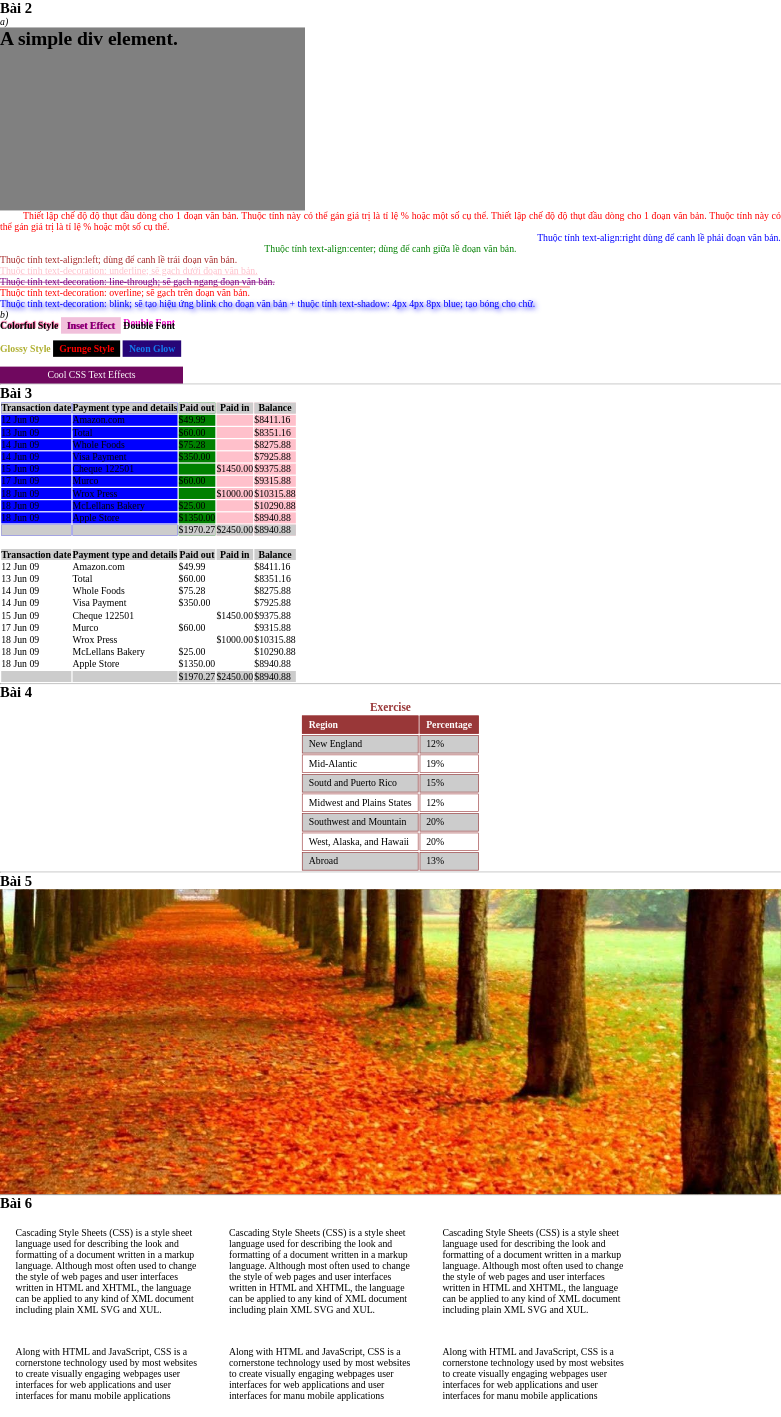
Repository: hoangnguyen1903/STT_21084321_NguyenHuyHoang_DHKHMT17B
Page: html/index.html
An editor plug-in stored every save of this project. The page is shown before and after the next save, followed by the edit.
The browser window is 1280 px wide. The pictures show the whole page, at 61% of full size.

Above is the page before, as saved 2023-03-03 14:16:06.

### html/index.html
<!DOCTYPE html>
<html lang="en">
  <head>
    <meta charset="UTF-8" />
    <meta http-equiv="X-UA-Compatible" content="IE=edge" />
    <meta name="viewport" content="width=device-width, initial-scale=1.0" />
    <title>CSS</title>

    <style>
      * {
        box-sizing: border-box;
        padding: 0;
        margin: 0;
      }
      #bai4 > table {
        font-family: "Trebuchet MS, Arial, Helvetica, sans-serif";
        margin: 0 auto;
      }

      #bai4 > h3 {
        color: #993738;
        text-align: center;
      }

      #bai4 > table > thead {
        color: #fff;
        background-color: #993738;
        text-align: left;
      }

      #bai4 > table > tbody > tr:nth-child(odd) {
        color: black;
        background-color: #ccc;
        text-align: left;
      }
      #bai4 > table > tbody > tr:nth-child(even) {
        color: black;
        text-align: left;
      }

      #bai4 > table > thead > tr > th,
      #bai4 > table > tbody > tr > td {
        border: 1px solid #993738;
        padding: 5px 10px;
      }

      #bai5 {
        width: 100%;
        height: 500px;
        background-image: url("../img/bg-1.jpg"), url("../img//bg-2.jpg");
        background-position: right bottom, left top;
        background-repeat: no-repeat, repeat;
      }

      #bai6,
      .row {
        width: 100%;
      }

      #bai6 > .row::before,
      #bai6 > .row::after {
        display: table;
        content: "";
      }

      #bai6 > .row::after {
        clear: both;
      }

      #bai6 > .row > .col1,
      #bai6 > .row > .col2,
      #bai6 > .row > .col3 {
        float: left;
        width: 25.3333%;
        margin: 1%;
        padding: 1%;
      }
    </style>
  </head>
  <body>
    <h2><b>Bài 2</b></h2>
    <div id="bai2">
      <p><i>a)</i></p>
      <div
        id="container"
        style="width: 500px; height: 300px; background-color: gray"
      >
        <h1>A simple div element.</h1>
      </div>
      <p style="text-indent: 1cm; color: red; text-align: justify">
        Thiết lập chế độ độ thụt đầu dòng cho 1 đoạn văn bản. Thuộc tính này có
        thể gán giá trị là tỉ lệ % hoặc một số cụ thể. Thiết lập chế độ độ thụt
        đầu dòng cho 1 đoạn văn bản. Thuộc tính này có thể gán giá trị là tỉ lệ
        % hoặc một số cụ thể.
      </p>
      <p style="text-align: right; color: blue">
        Thuộc tính text-align:right dùng để canh lề phải đoạn văn bản.
      </p>
      <p style="text-align: center; color: green">
        Thuộc tính text-align:center; dùng để canh giữa lề đoạn văn bản.
      </p>
      <p style="text-align: left; color: brown">
        Thuộc tính text-align:left; dùng để canh lề trái đoạn văn bản.
      </p>
      <p style="text-decoration: underline; color: pink">
        Thuộc tính text-decoration: underline; sẽ gạch dưới đoạn văn bản.
      </p>
      <p style="text-decoration: line-through; color: purple">
        Thuộc tính text-decoration: line-through; sẽ gạch ngang đoạn văn bản.
      </p>
      <p style="text-decoration: overline; color: red">
        Thuộc tính text-decoration: overline; sẽ gạch trên đoạn văn bản.
      </p>
      <p
        style="
          text-decoration: blink;
          text-align: justify;
          color: blue;
          text-shadow: 4px 4px 8px blue;
        "
      >
        Thuộc tính text-decoration: blink; sẽ tạo hiệu ứng blink cho đoạn văn
        bản + thuộc tính text-shadow: 4px 4px 8px blue; tạo bóng cho chữ.
      </p>
      <p><i>b)</i></p>
      <div>
        <span
          style="
            color: black;
            font-weight: bold;
            text-shadow: 1px -1px 2px rgba(238, 12, 106, 0.986);
          "
          >Colorful Style</span
        >
        <span
          style="
            color: #70085f;
            background: #f1c0db;
            padding: 5px 10px;
            font-weight: bold;
            text-shadow: #eb0bc5 1px 1px 0;
          "
          >Inset Effect</span
        >
        <span style="text-shadow: 0px -5px 0 #eb0bc5; font-weight: bold"
          >Double Font</span
        >
      </div>
      <div style="margin-top: 20px">
        <span
          style="
            color: rgb(175, 175, 48);
            text-shadow: 4px 2px 2px #fff;
            font-weight: bold;
          "
          >Glossy Style</span
        >
        <span
          style="
            color: red;
            background-color: black;
            padding: 5px 10px;
            font-weight: bold;
          "
          >Grunge Style</span
        >
        <span
          style="
            color: rgb(20, 122, 238);
            background-color: rgb(39, 5, 119);
            padding: 5px 10px;
            font-weight: bold;
          "
          >Neon Glow</span
        >
      </div>
      <div
        style="
          color: #fff;
          background-color: #70085f;
          text-align: center;
          padding: 5px 10px;
          margin-top: 20px;
          width: 300px;
        "
      >
        Cool CSS Text Effects
      </div>
    </div>
    <hr />
    <h2><b>Bài 3</b></h2>
    <table>
      <colgroup>
        <col span="6" style="background-color: blue" />
        <col span="6" style="background-color: blue" />
        <col span="2" style="background-color: green" />
        <col span="2" style="background-color: pink" />
        <col span="3" style="background-color: pink" />
      </colgroup>
      <tr style="background-color: #ccc">
        <th colspan="6">Transaction date</th>
        <th colspan="6">Payment type and details</th>
        <th colspan="2">Paid out</th>
        <th colspan="2">Paid in</th>
        <th colspan="3">Balance</th>
      </tr>

      <tr>
        <td colspan="6">12 Jun 09</td>
        <td colspan="6">Amazon.com</td>
        <td colspan="2">$49.99</td>
        <td colspan="2"></td>
        <td colspan="3">$8411.16</td>
      </tr>
      <tr>
        <td colspan="6">13 Jun 09</td>
        <td colspan="6">Total</td>
        <td colspan="2">$60.00</td>
        <td colspan="2"></td>
        <td colspan="3">$8351.16</td>
      </tr>
      <tr>
        <td colspan="6">14 Jun 09</td>
        <td colspan="6">Whole Foods</td>
        <td colspan="2">$75.28</td>
        <td colspan="2"></td>
        <td colspan="3">$8275.88</td>
      </tr>
      <tr>
        <td colspan="6">14 Jun 09</td>
        <td colspan="6">Visa Payment</td>
        <td colspan="2">$350.00</td>
        <td colspan="2"></td>
        <td colspan="3">$7925.88</td>
      </tr>
      <tr>
        <td colspan="6">15 Jun 09</td>
        <td colspan="6">Cheque 122501</td>
        <td colspan="2"></td>
        <td colspan="2">$1450.00</td>
        <td colspan="3">$9375.88</td>
      </tr>
      <tr>
        <td colspan="6">17 Jun 09</td>
        <td colspan="6">Murco</td>
        <td colspan="2">$60.00</td>
        <td colspan="2"></td>
        <td colspan="3">$9315.88</td>
      </tr>
      <tr>
        <td colspan="6">18 Jun 09</td>
        <td colspan="6">Wrox Press</td>
        <td colspan="2"></td>
        <td colspan="2">$1000.00</td>
        <td colspan="3">$10315.88</td>
      </tr>
      <tr>
        <td colspan="6">18 Jun 09</td>
        <td colspan="6">McLellans Bakery</td>
        <td colspan="2">$25.00</td>
        <td colspan="2"></td>
        <td colspan="3">$10290.88</td>
      </tr>
      <tr>
        <td colspan="6">18 Jun 09</td>
        <td colspan="6">Apple Store</td>
        <td colspan="2">$1350.00</td>
        <td colspan="2"></td>
        <td colspan="3">$8940.88</td>
      </tr>

      <tr style="background-color: #ccc">
        <td colspan="6"></td>
        <td colspan="6"></td>
        <td colspan="2">$1970.27</td>
        <td colspan="2">$2450.00</td>
        <td colspan="3">$8940.88</td>
      </tr>
    </table>
    <br />
    <table>
      <tr style="background-color: #ccc">
        <th colspan="6">Transaction date</th>
        <th colspan="6">Payment type and details</th>
        <th colspan="2">Paid out</th>
        <th colspan="2">Paid in</th>
        <th colspan="3">Balance</th>
      </tr>

      <tr>
        <td colspan="6">12 Jun 09</td>
        <td colspan="6">Amazon.com</td>
        <td colspan="2">$49.99</td>
        <td colspan="2"></td>
        <td colspan="3">$8411.16</td>
      </tr>
      <tr>
        <td colspan="6">13 Jun 09</td>
        <td colspan="6">Total</td>
        <td colspan="2">$60.00</td>
        <td colspan="2"></td>
        <td colspan="3">$8351.16</td>
      </tr>
      <tr>
        <td colspan="6">14 Jun 09</td>
        <td colspan="6">Whole Foods</td>
        <td colspan="2">$75.28</td>
        <td colspan="2"></td>
        <td colspan="3">$8275.88</td>
      </tr>
      <tr>
        <td colspan="6">14 Jun 09</td>
        <td colspan="6">Visa Payment</td>
        <td colspan="2">$350.00</td>
        <td colspan="2"></td>
        <td colspan="3">$7925.88</td>
      </tr>
      <tr>
        <td colspan="6">15 Jun 09</td>
        <td colspan="6">Cheque 122501</td>
        <td colspan="2"></td>
        <td colspan="2">$1450.00</td>
        <td colspan="3">$9375.88</td>
      </tr>
      <tr>
        <td colspan="6">17 Jun 09</td>
        <td colspan="6">Murco</td>
        <td colspan="2">$60.00</td>
        <td colspan="2"></td>
        <td colspan="3">$9315.88</td>
      </tr>
      <tr>
        <td colspan="6">18 Jun 09</td>
        <td colspan="6">Wrox Press</td>
        <td colspan="2"></td>
        <td colspan="2">$1000.00</td>
        <td colspan="3">$10315.88</td>
      </tr>
      <tr>
        <td colspan="6">18 Jun 09</td>
        <td colspan="6">McLellans Bakery</td>
        <td colspan="2">$25.00</td>
        <td colspan="2"></td>
        <td colspan="3">$10290.88</td>
      </tr>
      <tr>
        <td colspan="6">18 Jun 09</td>
        <td colspan="6">Apple Store</td>
        <td colspan="2">$1350.00</td>
        <td colspan="2"></td>
        <td colspan="3">$8940.88</td>
      </tr>

      <tr style="background-color: #ccc">
        <td colspan="6"></td>
        <td colspan="6"></td>
        <td colspan="2">$1970.27</td>
        <td colspan="2">$2450.00</td>
        <td colspan="3">$8940.88</td>
      </tr>
    </table>
    <hr />
    <h2><b>Bài 4</b></h2>
    <div id="bai4">
      <h3>Exercise</h3>
      <table>
        <thead>
          <tr>
            <th span="12">Region</th>
            <th span="8">Percentage</th>
          </tr>
        </thead>
        <tbody>
          <tr>
            <td span="12">New England</td>
            <td span="8">12%</td>
          </tr>
          <tr>
            <td span="12">Mid-Alantic</td>
            <td span="8">19%</td>
          </tr>
          <tr>
            <td span="12">Soutd and Puerto Rico</td>
            <td span="8">15%</td>
          </tr>
          <tr>
            <td span="12">Midwest and Plains States</td>
            <td span="8">12%</td>
          </tr>
          <tr>
            <td span="12">Southwest and Mountain</td>
            <td span="8">20%</td>
          </tr>
          <tr>
            <td span="12">West, Alaska, and Hawaii</td>
            <td span="8">20%</td>
          </tr>
          <tr>
            <td span="12">Abroad</td>
            <td span="8">13%</td>
          </tr>
        </tbody>
      </table>
    </div>
    <hr />
    <h2><b>Bài 5</b></h2>
    <div id="bai5"></div>
    <hr />
    <h2><b>Bài 6</b></h2>
    <div id="bai6">
      <div class="row">
        <div class="col1">
          <p>
            Cascading Style Sheets (CSS) is a style sheet language used for
            describing the look and formatting of a document written in a markup
            language. Although most often used to change the style of web pages
            and user interfaces written in HTML and XHTML, the language can be
            applied to any kind of XML document including plain XML SVG and XUL.
          </p>
        </div>
        <div class="col2">
          <p>
            Cascading Style Sheets (CSS) is a style sheet language used for
            describing the look and formatting of a document written in a markup
            language. Although most often used to change the style of web pages
            and user interfaces written in HTML and XHTML, the language can be
            applied to any kind of XML document including plain XML SVG and XUL.
          </p>
        </div>
        <div class="col3">
          <p>
            Cascading Style Sheets (CSS) is a style sheet language used for
            describing the look and formatting of a document written in a markup
            language. Although most often used to change the style of web pages
            and user interfaces written in HTML and XHTML, the language can be
            applied to any kind of XML document including plain XML SVG and XUL.
          </p>
        </div>
      </div>
      <div class="row">
        <div class="col1">
          <p>
            Along with HTML and JavaScript, CSS is a cornerstone technology used
            by most websites to create visually engaging webpages user
            interfaces for web applications and user interfaces for manu mobile
            applications
          </p>
        </div>
        <div class="col2">
          <p>
            Along with HTML and JavaScript, CSS is a cornerstone technology used
            by most websites to create visually engaging webpages user
            interfaces for web applications and user interfaces for manu mobile
            applications
          </p>
        </div>
        <div class="col3">
          <p>
            Along with HTML and JavaScript, CSS is a cornerstone technology used
            by most websites to create visually engaging webpages user
            interfaces for web applications and user interfaces for manu mobile
            applications
          </p>
        </div>
      </div>
    </div>
  </body>
</html>

After the next save:
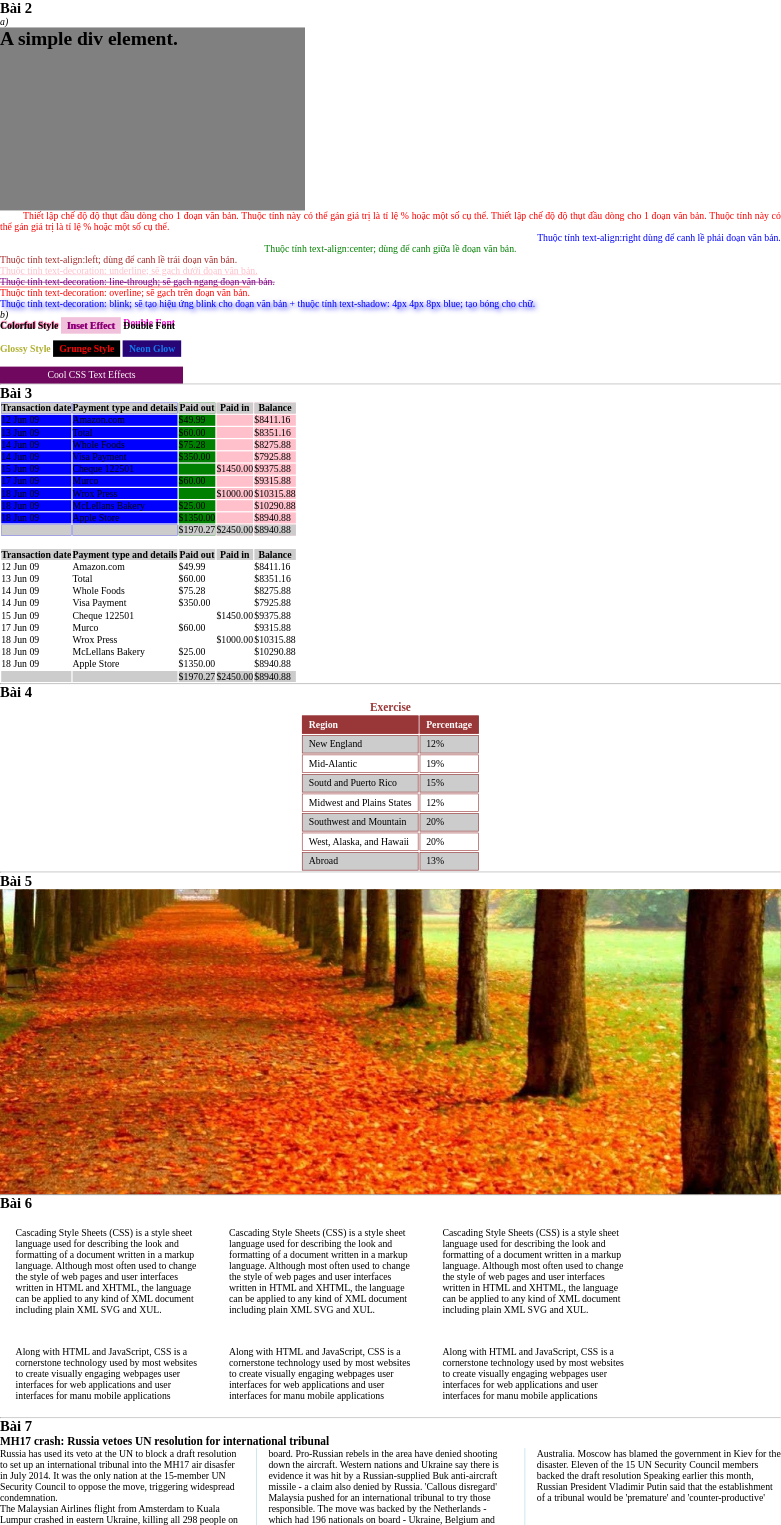
Saved 14 min 35 s later.
--- a/html/index.html
+++ b/html/index.html
@@ -74,6 +74,24 @@
         width: 25.3333%;
         margin: 1%;
         padding: 1%;
+      }
+
+      #bai7 > .newspaper {
+        -webkit-column-count: 3;
+        -moz-column-count: 3;
+        column-count: 3;
+        -webkit-column-gap: 40px;
+        -moz-column-gap: 40px;
+        column-gap: 40px;
+        -webkit-column-rule-style: solid;
+        -moz-column-rule-style: solid;
+        column-rule-style: solid;
+        -webkit-column-rule-width: 1px;
+        -moz-column-rule-width: 1px;
+        column-rule-width: 1px;
+        -webkit-column-rule-color: lightblue;
+        -moz-column-rule-color: lightblue;
+        column-rule-color: lightblue;
       }
     </style>
   </head>
@@ -464,5 +482,39 @@
         </div>
       </div>
     </div>
+    <hr />
+    <h2><b>Bài 7</b></h2>
+    <div id="bai7">
+      <h3>
+        <b
+          >MH17 crash: Russia vetoes UN resolution for international tribunal</b
+        >
+      </h3>
+      <div class="newspaper">
+        <p>
+          Russia has used its veto at the UN to block a draft resolution to set
+          up an international tribunal into the MH17 air disasfer in July 2014.
+          It was the only nation at the 15-member UN Security Council to oppose
+          the move, triggering widespread condemnation.
+        </p>
+        <p>
+          The Malaysian Airlines flight from Amsterdam to Kuala Lumpur crashed
+          in eastern Ukraine, killing all 298 people on board. Pro-Russian
+          rebels in the area have denied shooting down the aircraft. Western
+          nations and Ukraine say there is evidence it was hit by a
+          Russian-supplied Buk anti-aircraft missile - a claim also denied by
+          Russia. 'Callous disregard'
+        </p>
+        <p>
+          Malaysia pushed for an international tribunal to try those
+          responsible. The move was backed by the Netherlands - which had 196
+          nationals on board - Ukraine, Belgium and Australia. Moscow has blamed
+          the government in Kiev for the disaster. Eleven of the 15 UN Security
+          Council members backed the draft resolution Speaking earlier this
+          month, Russian President Vladimir Putin said that the establishment of
+          a tribunal would be 'premature' and 'counter-productive'
+        </p>
+      </div>
+    </div>
   </body>
 </html>
